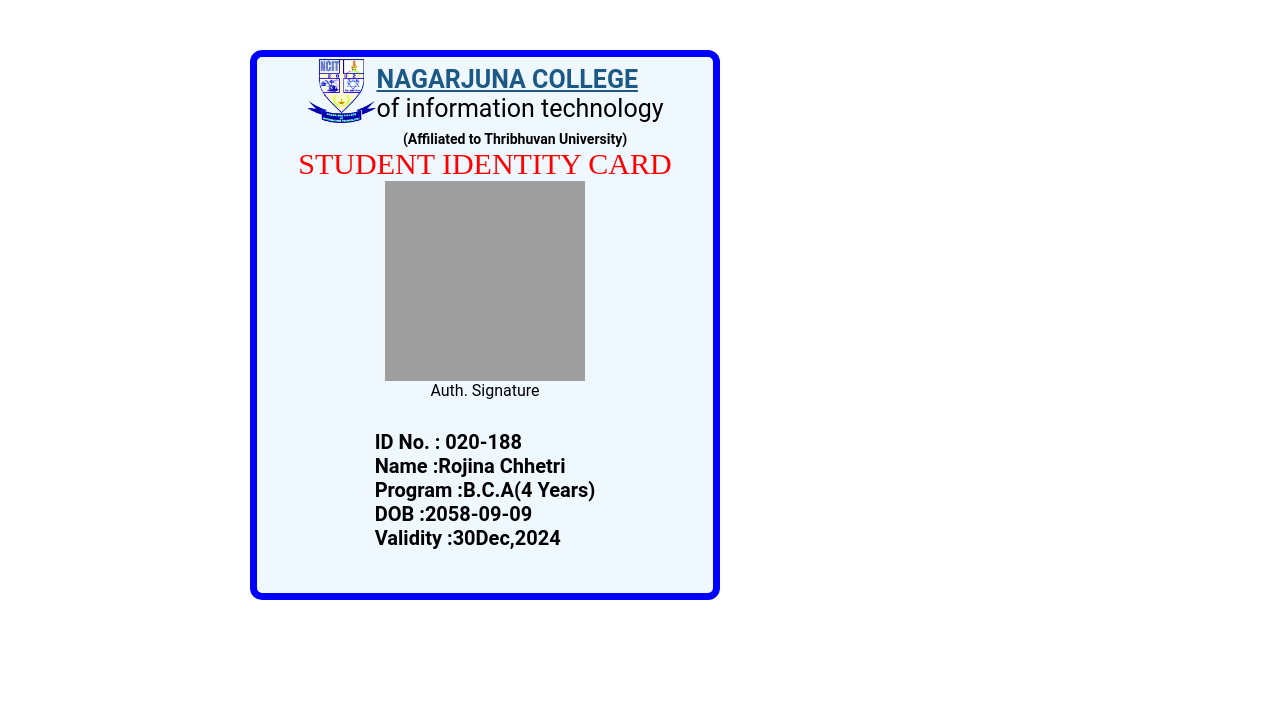
Repository: Rojinachhetri/roji
Page: rojina.html
The author's editor kept a copy of each file at every save. The page is drawn from the files as they stood at one save, then again after the next save.
The browser window is 1280 px wide. The pictures show the whole page.
Pictures or frames that could not be fetched are drawn as grey boxes.

Above is the page before, as saved 2023-04-24 22:45:35.

After the next save:
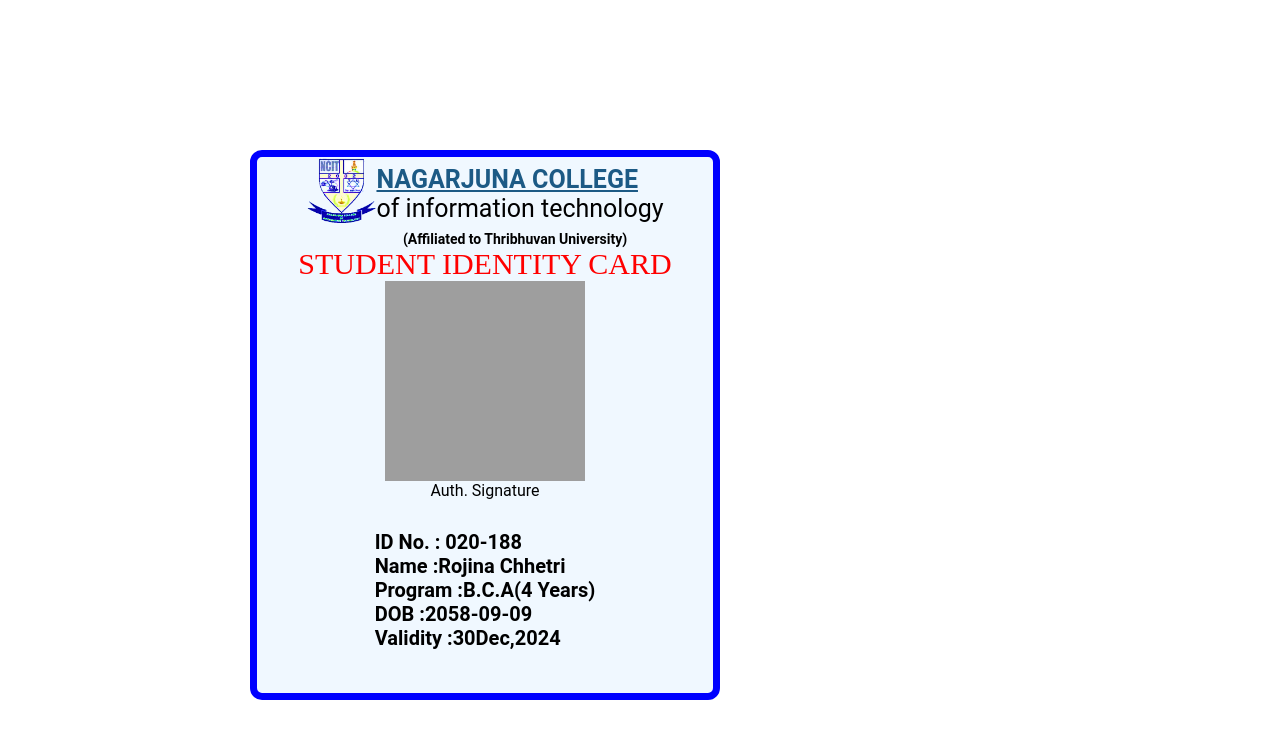
Saved 8 s later.
--- a/rojina.css
+++ b/rojina.css
@@ -13,7 +13,7 @@
         display: flex;
         flex-direction: column;
         align-items: center;
-        margin: 50px 250px 50px 250px;
+        margin: 150px 250px 50px 250px;
         padding: 0px 10px 10px 10px;
         border-radius: 12px 12px 12px 12px;
     }

After the save that followed:
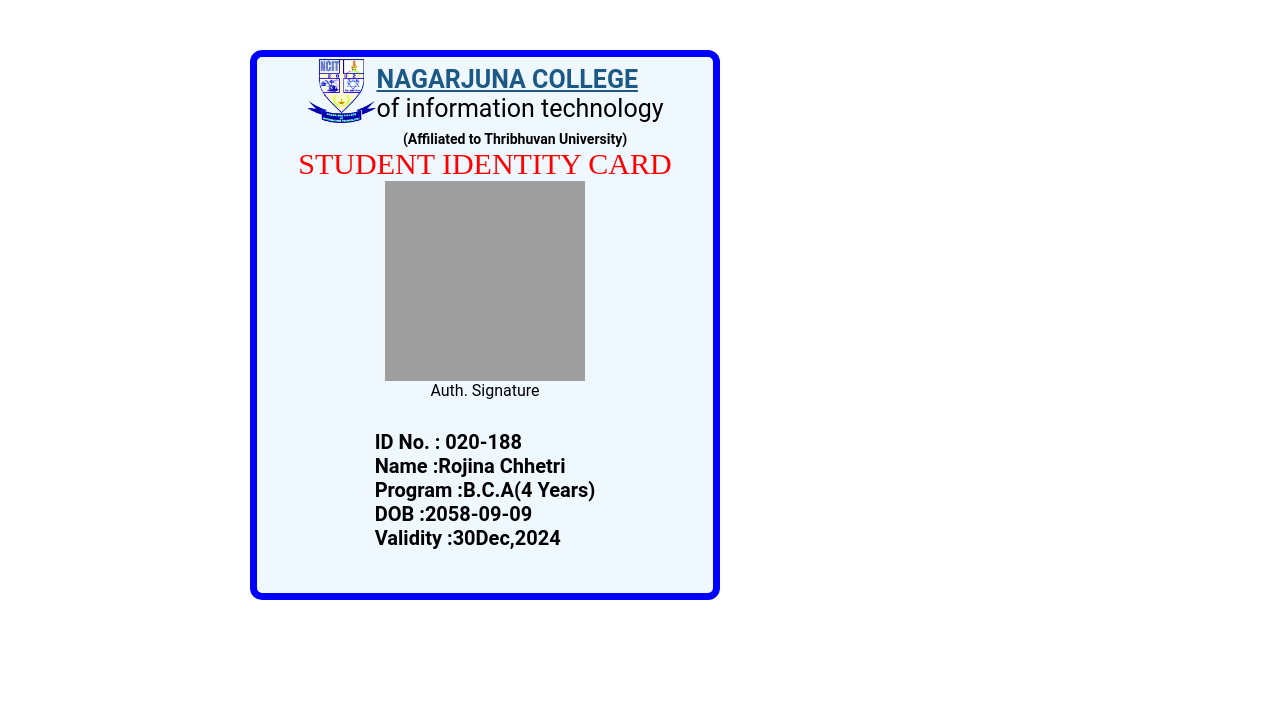
Saved 26 s later.
--- a/rojina.css
+++ b/rojina.css
@@ -13,7 +13,7 @@
         display: flex;
         flex-direction: column;
         align-items: center;
-        margin: 150px 250px 50px 250px;
+        margin: 50px 150px 50px 250px;
         padding: 0px 10px 10px 10px;
         border-radius: 12px 12px 12px 12px;
     }
